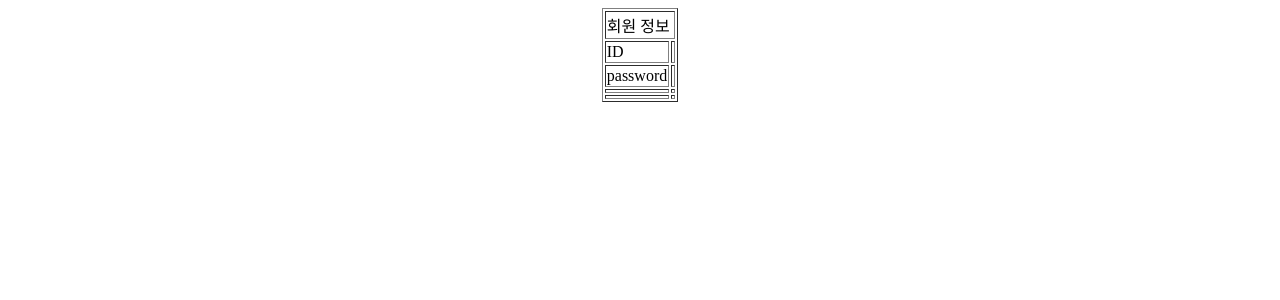
Repository: gunvv00/jsp
Page: http://localhost/DBtest/회원가입DB사용/main.jsp
The author's editor kept a copy of each file at every save. The page is drawn from the files as they stood at one save, then again after the next save.
The browser window is 1280 px wide. The pictures show the whole page.
The page is served by Tomcat 9.

Above is the page before, as saved 2020-04-24 04:49:09.

After the next save:
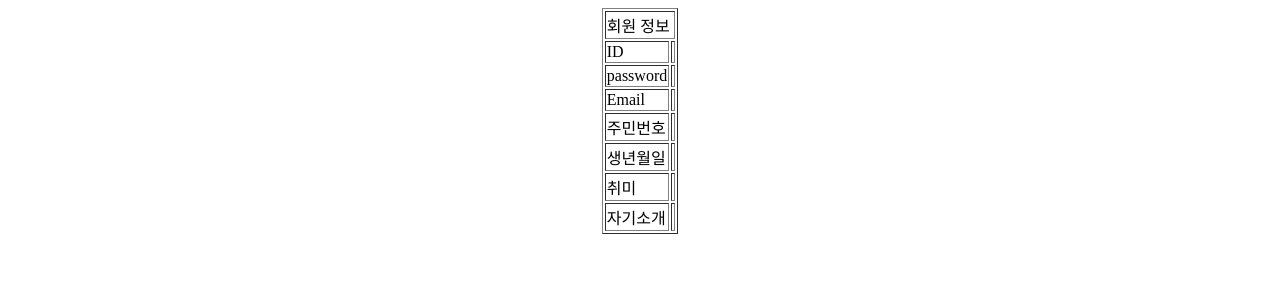
Saved 48 s later.
--- a/DBtest/WebContent/회원가입DB사용/main.jsp
+++ b/DBtest/WebContent/회원가입DB사용/main.jsp
@@ -23,13 +23,27 @@
 		<td></td>
 	</tr>
 	<tr>
-		<td></td>
+		<td>Email</td>
 		<td></td>
 	</tr>
 	<tr>
-		<td></td>
+		<td>주민번호</td>
 		<td></td>
 	</tr>
+	<tr>
+		<td>생년월일</td>
+		<td></td>
+	</tr>
+	<tr>
+		<td>취미</td>
+		<td></td>
+	</tr>
+	<tr>
+		<td>자기소개</td>
+		<td></td>
+	</tr>
+
+
 
 </table>
 </div>
